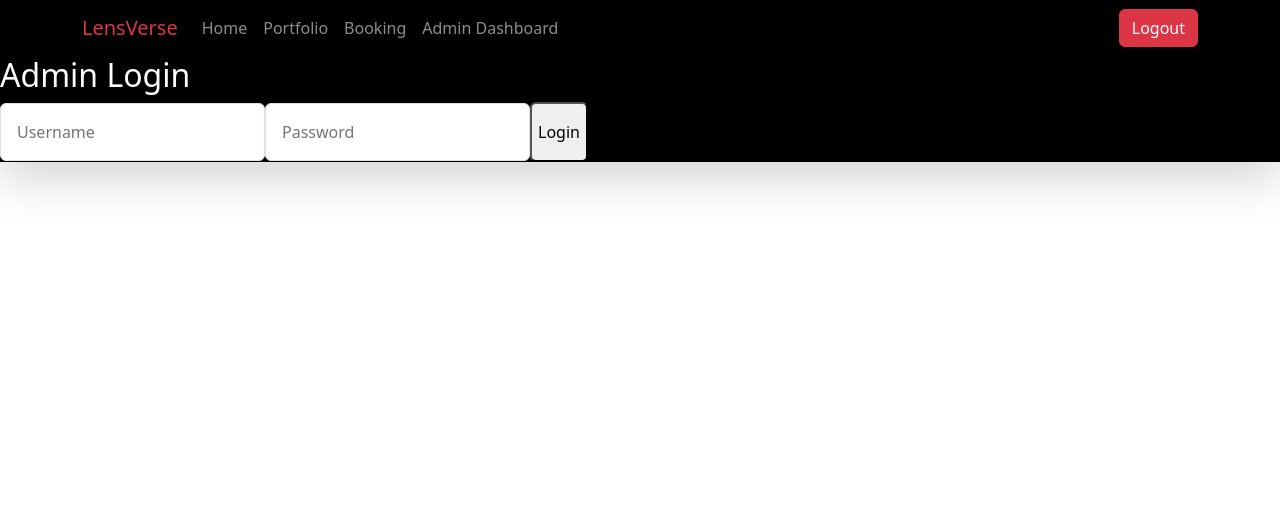
Repository: adithyakiran47/lensverseproject
Page: /admin-login (app in lensverse-client/)
These files come from the project's save history. The page is drawn as it stood at one moment and after the next save; the edit follows.
The browser window is 1280 px wide. The pictures show the whole page.
The project was rebuilt for these pictures with package versions that can differ from the ones it lists, and the page was loaded fresh each time. Also part of the build but not shown: lensverse-client/src/pages/Home.js, lensverse-client/src/pages/Portfolio.js, lensverse-client/src/pages/Booking.js, lensverse-client/src/pages/About.js, lensverse-client/src/pages/AdminDashboard.js. Imported but missing from the stored project, and not drawn on this page: lensverse-client/src/reportWebVitals.

Above is the page before, as saved 2025-11-03 23:39:40.

### lensverse-client/src/index.css
.btn-black {
  background-color: black;
  color: white;
  transition: background-color 0.3s ease;
}

.btn-black:hover,
.btn-black:focus {
  background-color: #cc0000;
  color: white;
}

body {
  background-color: black;
  color: white;
}

.bg-black {
  background-color: black !important;
}

.text-red {
  color: #cc0000 !important;
}

### lensverse-client/src/App.js
import React from 'react';
import { BrowserRouter as Router, Routes, Route } from 'react-router-dom';


// Import your page components (create these next)
import Home from './pages/Home';
import Portfolio from './pages/Portfolio';
import Booking from './pages/Booking';
import About from './pages/About';
import AdminLogin from './pages/AdminLogin';
import AdminDashboard from './pages/AdminDashboard';

function App() {
  return (
    <Router>
      <Routes>
        <Route path="/" element={<Home />} />
        <Route path="/portfolio" element={<Portfolio />} />
        <Route path="/booking" element={<Booking />} />
        <Route path="/about" element={<About />} />
        <Route path="/admin-login" element={<AdminLogin />} />
        <Route path="/admin-dashboard" element={<AdminDashboard />} />
      </Routes>
    </Router>
  );
}

export default App;

### lensverse-client/src/pages/AdminLogin.js
import React, { useState } from 'react';
import { useNavigate } from 'react-router-dom';
import axios from 'axios';
import Navbar from '../components/Navbar';

const AdminLogin = () => {
  const [formData, setFormData] = useState({ username: '', password: '' });
  const navigate = useNavigate();

  const handleChange = (e) =>
    setFormData({ ...formData, [e.target.name]: e.target.value });

  const handleSubmit = async (e) => {
    e.preventDefault();
    try {
      const res = await axios.post('http://localhost:5000/api/admin/login', formData);
      localStorage.setItem('adminToken', res.data.token);
      navigate('/admin-dashboard');
    } catch {
      alert('Invalid credentials');
    }
  };

  return (
    <>
      <Navbar />
      <div className="min-h-screen bg-black text-white flex justify-center items-center p-6">
        <form onSubmit={handleSubmit} className="w-full max-w-md bg-gray-900 p-8 rounded shadow-lg space-y-6">
          <h2 className="text-3xl font-bold text-red-600 mb-6">Admin Login</h2>
          <input
            className="w-full p-3 rounded bg-gray-800 text-white border border-red-600 focus:outline-none focus:ring-2 focus:ring-red-600 transition"
            placeholder="Username"
            name="username"
            value={formData.username}
            onChange={handleChange}
            required
          />
          <input
            className="w-full p-3 rounded bg-gray-800 text-white border border-red-600 focus:outline-none focus:ring-2 focus:ring-red-600 transition"
            type="password"
            placeholder="Password"
            name="password"
            value={formData.password}
            onChange={handleChange}
            required
          />
          <button
            type="submit"
            className="w-full bg-red-600 hover:bg-red-700 rounded py-3 font-semibold transition text-black"
          >
            Login
          </button>
        </form>
      </div>
    </>
  );
};

export default AdminLogin;

### lensverse-client/src/components/Navbar.js
import React from 'react';
import { Link, useNavigate } from 'react-router-dom';

const Navbar = () => {
  const navigate = useNavigate();

  const handleLogout = () => {
    localStorage.removeItem('adminToken');
    navigate('/admin-login');
  };

  return (
    <nav className="navbar navbar-expand-lg navbar-dark bg-black">
      <div className="container">
        <Link className="navbar-brand text-danger" to="/">LensVerse</Link>
        <button className="navbar-toggler" type="button" data-bs-toggle="collapse" data-bs-target="#navbarNav" aria-controls="navbarNav" aria-expanded="false" aria-label="Toggle navigation">
          <span className="navbar-toggler-icon"></span>
        </button>
        <div className="collapse navbar-collapse" id="navbarNav">
          <ul className="navbar-nav me-auto">
            <li className="nav-item">
              <Link className="nav-link" to="/">Home</Link>
            </li>
            <li className="nav-item">
              <Link className="nav-link" to="/portfolio">Portfolio</Link>
            </li>
            <li className="nav-item">
              <Link className="nav-link" to="/booking">Booking</Link>
            </li>
            <li className="nav-item">
              <Link className="nav-link" to="/admin-dashboard">Admin Dashboard</Link>
            </li>
          </ul>
          <button onClick={handleLogout} className="btn btn-danger">Logout</button>
        </div>
      </div>
    </nav>
  );
};

export default Navbar;

Loaded but not shown: lensverse-client/src/index.js (common file)

After the next save:
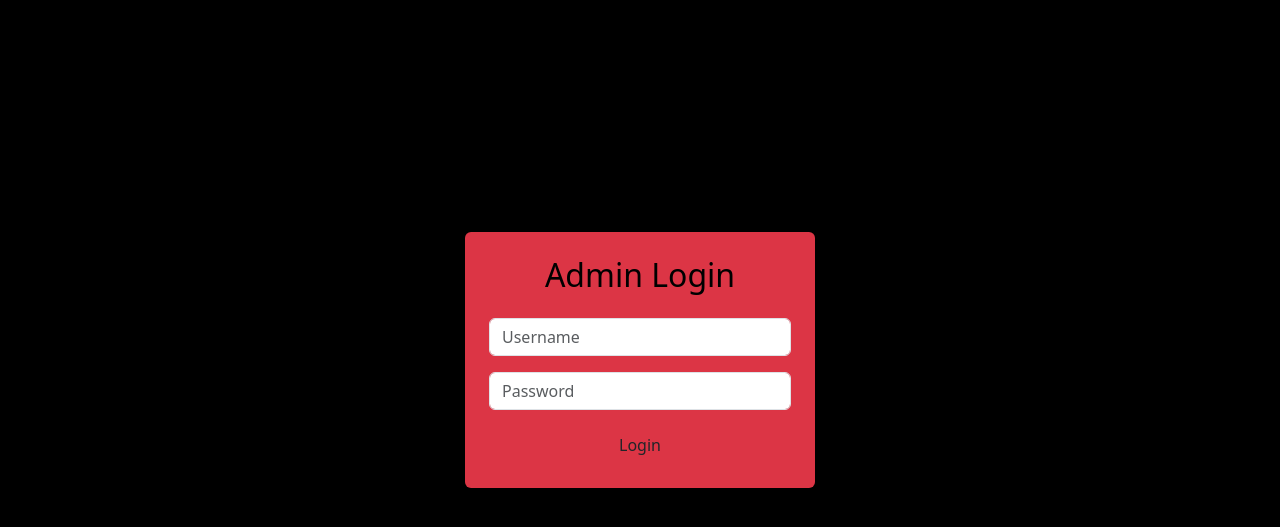
Saved 9 s later.
--- a/lensverse-client/src/pages/AdminLogin.js
+++ b/lensverse-client/src/pages/AdminLogin.js
@@ -1,16 +1,14 @@
 import React, { useState } from 'react';
 import { useNavigate } from 'react-router-dom';
 import axios from 'axios';
-import Navbar from '../components/Navbar';
 
 const AdminLogin = () => {
-  const [formData, setFormData] = useState({ username: '', password: '' });
+  const [formData, setFormData] = useState({username: '', password: ''});
   const navigate = useNavigate();
 
-  const handleChange = (e) =>
-    setFormData({ ...formData, [e.target.name]: e.target.value });
+  const handleChange = e => setFormData({...formData, [e.target.name]: e.target.value});
 
-  const handleSubmit = async (e) => {
+  const handleSubmit = async e => {
     e.preventDefault();
     try {
       const res = await axios.post('http://localhost:5000/api/admin/login', formData);
@@ -22,37 +20,29 @@ const AdminLogin = () => {
   };
 
   return (
-    <>
-      <Navbar />
-      <div className="min-h-screen bg-black text-white flex justify-center items-center p-6">
-        <form onSubmit={handleSubmit} className="w-full max-w-md bg-gray-900 p-8 rounded shadow-lg space-y-6">
-          <h2 className="text-3xl font-bold text-red-600 mb-6">Admin Login</h2>
-          <input
-            className="w-full p-3 rounded bg-gray-800 text-white border border-red-600 focus:outline-none focus:ring-2 focus:ring-red-600 transition"
-            placeholder="Username"
-            name="username"
-            value={formData.username}
-            onChange={handleChange}
-            required
-          />
-          <input
-            className="w-full p-3 rounded bg-gray-800 text-white border border-red-600 focus:outline-none focus:ring-2 focus:ring-red-600 transition"
-            type="password"
-            placeholder="Password"
-            name="password"
-            value={formData.password}
-            onChange={handleChange}
-            required
-          />
-          <button
-            type="submit"
-            className="w-full bg-red-600 hover:bg-red-700 rounded py-3 font-semibold transition text-black"
-          >
-            Login
-          </button>
-        </form>
-      </div>
-    </>
+    <div className="d-flex justify-content-center align-items-center vh-100 bg-black text-white">
+      <form onSubmit={handleSubmit} className="bg-danger p-4 rounded" style={{width: '350px'}}>
+        <h2 className="mb-4 text-center text-black">Admin Login</h2>
+        <input
+          name="username"
+          className="form-control mb-3"
+          placeholder="Username"
+          value={formData.username}
+          onChange={handleChange}
+          required
+        />
+        <input
+          name="password"
+          type="password"
+          className="form-control mb-3"
+          placeholder="Password"
+          value={formData.password}
+          onChange={handleChange}
+          required
+        />
+        <button className="btn btn-black w-100" type="submit">Login</button>
+      </form>
+    </div>
   );
 };
 
